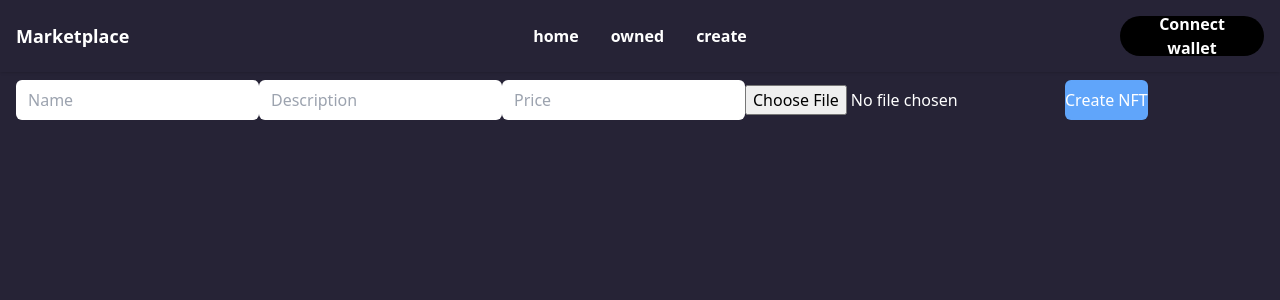
Repository: Kiendz3202/marketplace-frontend-nuxtjs
Page: /create
The author's editor kept a copy of each file at every save. The page is drawn from the files as they stood at one save, then again after the next save.
The browser window is 1280 px wide. The pictures show the whole page.
The project was rebuilt for these pictures with package versions that can differ from the ones it lists, and the page was loaded fresh each time. The framework's server and built-in components were replaced by stand-ins that run in the browser. Also part of the build but not shown: nuxt.config.js, components/connectWallet/AddressAvatar.vue.

Above is the page before, as saved 2022-11-08 14:30:23.

After the next save:
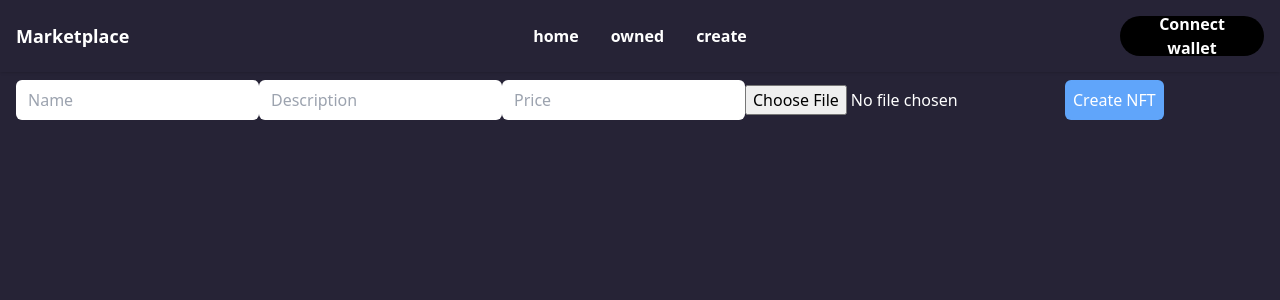
Saved 8 s later.
--- a/pages/create/index.vue
+++ b/pages/create/index.vue
@@ -16,7 +16,7 @@
       class="rounded-md pl-3 py-2 text-black outline-none"
     />
     <input type="file" @change="previewFiles" />
-    <button class="ml-2 bg-blue-400 rounded-md text-white py-2" type="submit">
+    <button class="ml-2 bg-blue-400 rounded-md text-white p-2" type="submit">
       Create NFT
     </button>
   </form>
